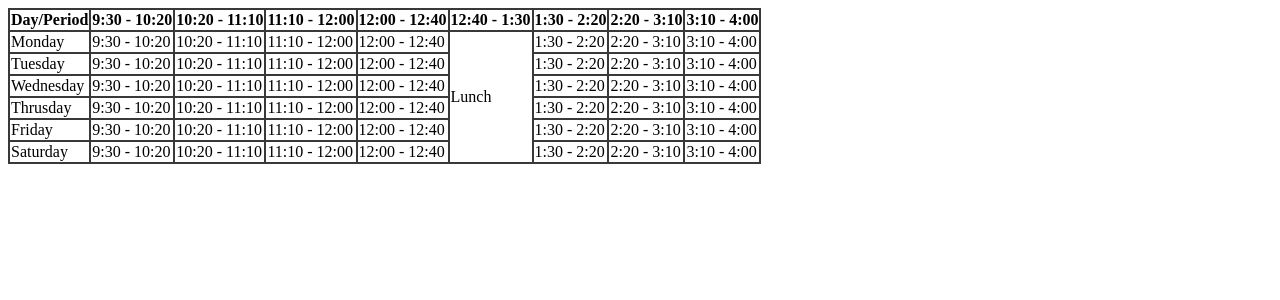
Repository: nir-github01/Html
Page: assign1-table.html
The author's editor kept a copy of each file at every save. The page is drawn from the files as they stood at one save, then again after the next save.
The browser window is 1280 px wide. The pictures show the whole page.

Above is the page before, as saved 2022-09-24 18:09:02.

After the next save:
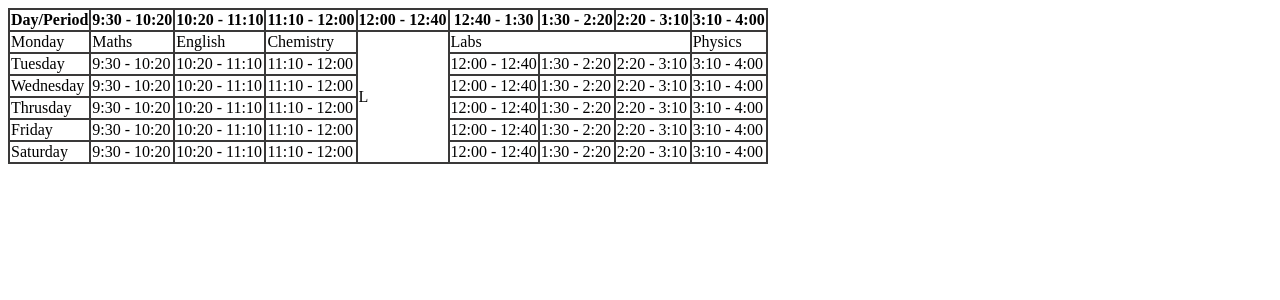
Saved 3 days later.
--- a/assign1-table.html
+++ b/assign1-table.html
@@ -31,14 +31,13 @@
 
             <tr>
                 <td>Monday</td>
-                <td>9:30 - 10:20</td>
-                <td>10:20 - 11:10</td>
-                <td>11:10 - 12:00</td>
-                <td>12:00 - 12:40</td>
-                <td rowspan="6"><p style="vertical-align:2px ;">Lunch</p></td>
-                <td>1:30 - 2:20</td>
-                <td>2:20 - 3:10</td>
-                <td>3:10 - 4:00</td>
+                <td>Maths</td>
+                <td>English</td>
+                <td>Chemistry</td>
+                <td rowspan="6"><p >L</p></td>
+                <td colspan="3">Labs</td>
+                <td>Physics</td>
+
             </tr>
             <tr>
                 <td>Tuesday</td>
